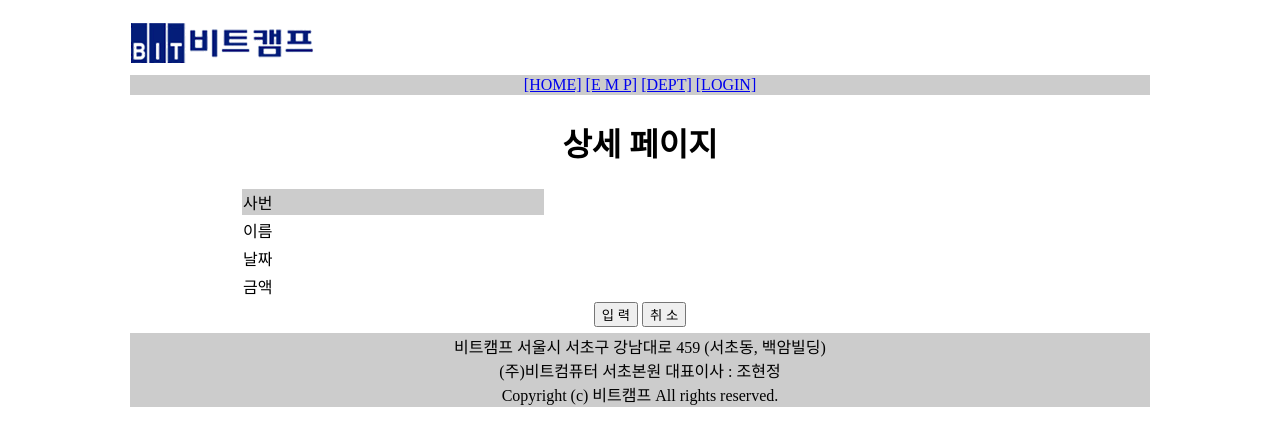
Repository: Lee-seongBeom/bitclass
Page: http://localhost/web08/emp/detail.jsp
An editor plug-in stored every save of this project. The page is shown before and after the next save, followed by the edit.
The browser window is 1280 px wide. The pictures show the whole page.
The page is served by Tomcat 9.

Above is the page before, as saved 2020-07-07 03:35:27.

After the next save:
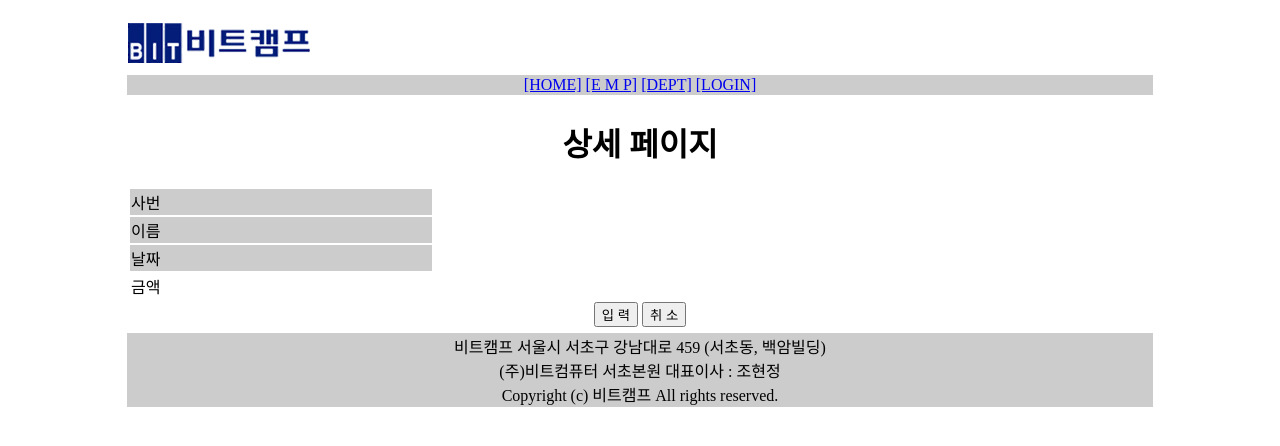
Saved 19 s later.
--- a/web/web08/WebContent/emp/detail.jsp
+++ b/web/web08/WebContent/emp/detail.jsp
@@ -29,17 +29,17 @@
             <!-- content start -->
             <center>
             <h1>상세 페이지</h1>
-            	<table width="800">
+            	<table width="1024">
             		<tr>
             			<td width="300" bgcolor="#cccccc">사번</td>
             			<td></td>
             		</tr>
             		<tr>
-            			<td>이름</td>
+            			<td width="300" bgcolor="#cccccc">이름</td>
             			<td></td>
             		</tr>
             		<tr>
-            			<td>날짜</td>
+            			<td width="300" bgcolor="#cccccc">날짜</td>
             			<td></td>
             		</tr>
             		<tr>
